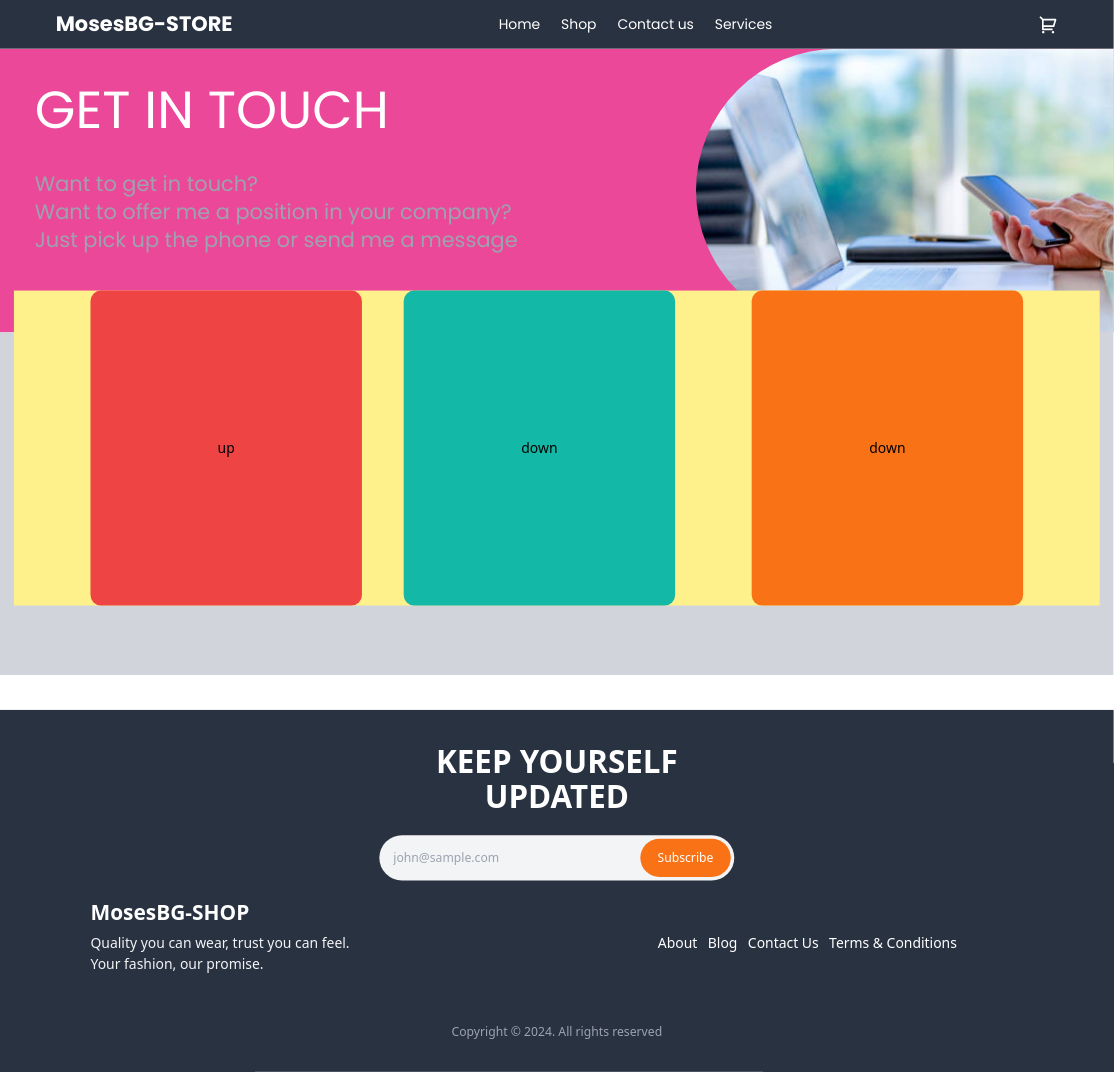
Repository: moshebengan/cart
Page: /fake-store/contact-us
An editor plug-in stored every save of this project. The page is shown before and after the next save, followed by the edit.
The browser window is 1280 px wide. The pictures show the whole page, at 87% of full size.
The project was rebuilt for these pictures with package versions that can differ from the ones it lists, and the page was loaded fresh each time. Also part of the build but not shown: vite.config.js, src/components/Error.jsx, src/utils/data.js, src/utils/apiCalls.js, src/components/Loading.jsx, src/components/Products.jsx, src/pages/HomePage.jsx, src/components/EmptyCart.jsx and 4 more.

Above is the page before, as saved 2024-09-16 09:15:07.

### index.html
<!DOCTYPE html>
<html lang="en">
  <head>
    <meta charset="UTF-8" />
    <link rel="icon" type="image/svg+xml" href="/vite.svg" />
    <meta name="viewport" content="width=device-width, initial-scale=1.0" />
    <link rel="preconnect" href="https://fonts.googleapis.com" />
    <link rel="preconnect" href="https://fonts.gstatic.com" crossorigin />
    <link
      href="https://fonts.googleapis.com/css2?family=Poppins:ital,wght@0,100;0,200;0,300;0,400;0,500;0,600;0,700;0,800;0,900;1,100;1,200;1,300;1,400;1,500;1,600;1,700;1,800;1,900&display=swap"
      rel="stylesheet"
    />
    <title>MosesBG-SHOP</title>
  </head>
  <body>
    <div id="root"></div>
    <script type="module" src="/src/main.jsx"></script>
  </body>
</html>

### src/main.jsx
import { StrictMode } from 'react'
import { createRoot } from 'react-dom/client'

import './index.css'
import { createBrowserRouter, RouterProvider } from 'react-router-dom'
import routes from './routes.jsx'

const router = createBrowserRouter(routes)

createRoot(document.getElementById('root')).render(
  <StrictMode>
    <RouterProvider router={router} />
  </StrictMode>,
)

### src/index.css
@tailwind base;
@tailwind components;
@tailwind utilities;

body,
html {
  height: 100%;
  width: 100%;
}

.container {
  width: 90%;
  margin: auto;
}

### src/routes.jsx
import Error from "./components/Error";
import ContactUs from "./pages/ContactUs";
import HomePage from "./pages/HomePage";
import MyCart from "./pages/MyCart";
import NavigationBar from "./pages/NavigationBar";
import ShopPage from "./pages/ShopPage";


const routes = [
	{
		path: '/fake-store',
		element: <NavigationBar />,
		children: [
			{
				path:"home",
				element:<HomePage/>,
				errorElement: <Error/>
			},
			{ 	path: 'shop',
				 	element: <ShopPage />,
					errorElement: <Error/>

			},
			{
				path: 'cart',
				element: <MyCart />,
				errorElement: <Error/>
			},
			{
				path:'contact-us',
				element: <ContactUs/>,
				errorElement: <Error />
			}
		]

	},

];

export default routes

### src/pages/ContactUs.jsx
import Footer from "../components/Footer";

const ContactUs = () => {
  return (
    <>
      <div className="w-full h-screen flex flex-col overflow-x-hidden">
        <div className="w-full h-[50%] relative">
          <div className="h-full bg-pink-500 flex flex-col">
            <h3 className="text-white text-6xl ml-10 mt-10 font-poppins">
              GET IN TOUCH
            </h3>
            <h4 className="text-gray-400 text-2xl ml-10 mt-10 font-poppins">
              Want to get in touch? <br />
              Want to offer me a position in your company?
              <br />
              Just pick up the phone or send me a message
            </h4>
          </div>
          <img
            src="/public/contactus2.jpg"
            alt=""
            className="w-[50%] h-full absolute -right-40 top-0 rounded-full object-cover"
          />
        </div>
        <div className="relative w-full h-[60%] bg-gray-300 p-4">
        <div className="h-full  bg-yellow-200 flex justify-evenly relative -top-16  ">
          <div className=" ml-10 w-1/4 h-full bg-red-500  flex items-center justify-center rounded-xl ">
            up
          </div>
          <div className="mr-10 w-1/4 h-full bg-teal-500  flex items-center justify-center rounded-xl ">
            down
          </div>
          <div className="mr-10 w-1/4 h-full bg-orange-500  flex items-center justify-center rounded-xl ">
            down
          </div>
          </div>
        </div>
      </div>

      <Footer />
    </>
  );
};

export default ContactUs;

### src/pages/NavigationBar.jsx
import { useState } from "react";
import { Link, Outlet } from "react-router-dom";
import { IoMdMenu, IoMdClose } from "react-icons/io";
import Cart from "../components/Cart";

const NavigationBar = () => {
  const [isOpen, setIsOpen] = useState(false);
  const [cartItems, setCartItems] = useState(0);

  const openNav = () => {
    setIsOpen(!isOpen);
  };

  const resetNav = () => {
    if (isOpen) setIsOpen(!isOpen);
  };

  return (
    <>
      <div className="w-full bg-dark-blue font-poppins">
        <div className="container">
          <nav className="py-3 flex justify-between items-center text-white">
            <h1 className="font-bold text-2xl">MosesBG-STORE</h1>
            <div className="hidden md:flex gap-6">
              <Link to={"/fake-store/home"}>Home</Link>
              <Link to={"/fake-store/shop"}>Shop</Link>
              <Link to={"/fake-store/contact-us"}>Contact us</Link>
              <Link>Services</Link>
            </div>
            <div className="flex flex-row items-center gap-5">
              <Cart resetNav={resetNav} items={cartItems} />
              <div className="z-50 md:hidden">
                <button className="flex items-center">
                  {isOpen ? (
                    <IoMdClose className="p1" onClick={openNav} />
                  ) : (
                    <IoMdMenu className="p1" onClick={openNav} />
                  )}
                </button>
              </div>
            </div>
          </nav>
          <div
            className={`container text-dark-blue ${
              isOpen ? "block" : "hidden"
            } `}
          >
            <div className="z-40 fixed top-0 left-0 bottom-0 w-full bg-dark-blu opacity-35"></div>
            <nav className="z-50 fixed top-0 left-0 bottom-0 flex flex-col gap-10 w-5/6 max-w-sm py-6 px-6 bg-[#F8F8F8] overflow-y-auto">
              <div>
                <h1 className="font-bold text-3xl">MosesBG-SHOP</h1>
                <hr className="h-px mt-3 bg-gray-200 border-0" />
              </div>
              <div className="flex flex-col gap-5">
                <Link
                  to={"/fake-store"}
                  className="nav-item-hover"
                  onClick={resetNav}
                >
                  Home
                </Link>
                <Link
                  to={"/fake-store/shop"}
                  className="nav-item-hover"
                  onClick={resetNav}
                >
                  Shop
                </Link>
                <Link className="nav-item-hover">Contact Us</Link>
                <Link className="nav-item-hover">Services</Link>
                <hr className="h-px mt-3 bg-gray-200 border-0" />
              </div>
            </nav>
          </div>
        </div>
      </div>
      <div className="h-screen w-auto">
        <Outlet context={[cartItems, setCartItems]} />
      </div>
    </>
  );
};

export default NavigationBar;

### src/components/Footer.jsx
import { Link } from "react-router-dom";

const Footer = () => {
  return (
    <footer className="w-full h-auto bg-dark-blue mt-10 pb-5">
      <div className="mx-auto max-w-md text-center p-5">
        <h1 className="font-bold text-4xl text-white mt-5 mb-3">
          KEEP YOURSELF UPDATED
        </h1>
        <form className="mt-6">
          <div className="relative max-w-lg">
            <label className="sr-only" htmlFor="email">
              Email
            </label>
            <input
              type="email"
              name="email"
              id="email"
              placeholder="john@sample.com"
              className="w-full rounded-full border-gray-200 bg-gray-100 p-4 pe-32 text-sm font-medium focus:outline-none"
            />
            <button className="absolute end-1 top-1/2 -translate-y-1/2 rounded-full bg-orange-500 px-5 py-3 text-sm font-medium text-white hover:bg-orange-900">
              Subscribe
            </button>
          </div>
        </form>
      </div>
      <div className="container grid grid-cols-1 text-white my-10 md:grid-cols-2">
        <div className="w-full flex flex-col px-10 md:text-left ">
          <h1 className="font-bold text-2xl mb-2">MosesBG-SHOP</h1>
          <p className="mb-4 text-base text-gray-100">
          Quality you can wear, trust you can feel. <br />
          Your fashion, our promise.
          </p>
        </div>
        <div className="w-full flex justify-center items-center gap-6 flex-wrap md:gap-3">
          <Link>About</Link>
          <Link>Blog</Link>
          <Link>Contact Us</Link>
          <Link>Terms & Conditions</Link>
        </div>
      </div>
      <p className="mt-10 mb-4 text-sm text-gray-400 text-center">
        Copyright © 2024. All rights reserved
      </p>
    </footer>
  );
};

export default Footer;

### src/components/Cart.jsx
import { RiShoppingCart2Line } from "react-icons/ri";
import { Link } from "react-router-dom";

const Cart = ({ resetNav, items }) => {
  return (
    <Link to={"/fake-store/cart"} onClick={resetNav}>
      <div className="relative">
        <RiShoppingCart2Line size={"1.4em"} />
        <span className="absolute text-xs bg-orange-500 p-0.3 px-1 text-red-50 rounded-full -top-1.5 left-4">
          {items > 0 ? items : ""}
        </span>
      </div>
    </Link>
  );
};

export default Cart;

### tailwind.config.js
/** @type {import('tailwindcss').Config} */
export default {
  content: [
    "./index.html",
    "./src/**/*.{js,ts,jsx,tsx}",
  ],
  theme: {
    fontFamily: {
      poppins: ["Poppins", "sans-serif"]
    },
    extend: {
      backgroundImage: {
        "homepage-image": "url('/public/bghomepage.jpg')",
        "homepage-darker": "url('/public/darkerbg.jpg')",
        "contact-us-image": "url('/public/contactus.jpg')"
      },
      colors: {
      "dark-blue": "#293241"
    },
    keyframes: {
      'fade-in-out': {
        '0%': { opacity: '0', transform: 'scale(0.95)' },
        '100%': { opacity: '1', transform: 'scale(1)' },
      },
    },
    animation: {
      'fade-in-out': 'fade-in-out 0.5s ease-in-out', // Customize duration and easing
    },
  }
  },
  plugins: [],
}

After the next save:
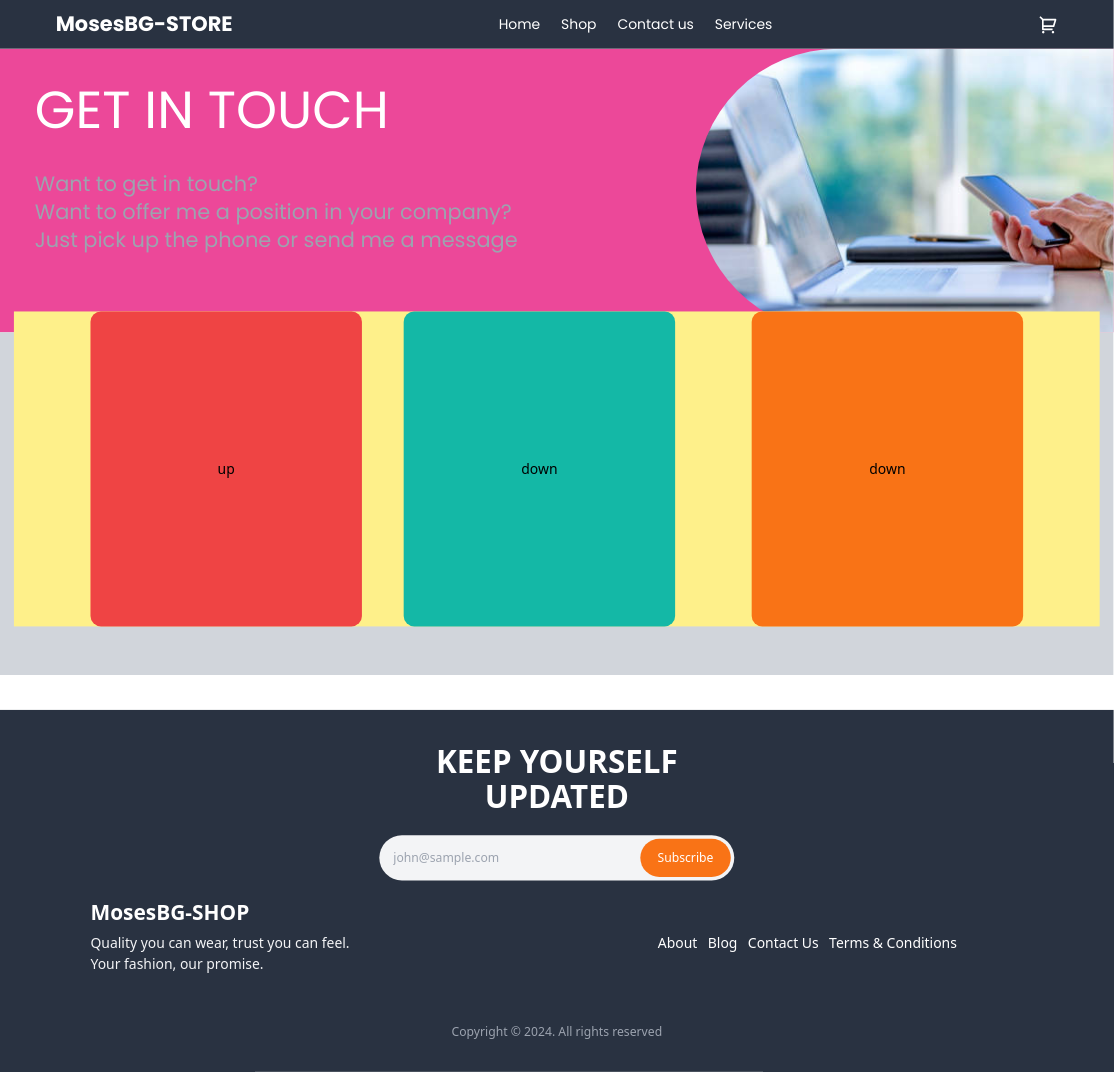
Saved 7 s later.
--- a/src/pages/ContactUs.jsx
+++ b/src/pages/ContactUs.jsx
@@ -23,7 +23,7 @@ const ContactUs = () => {
           />
         </div>
         <div className="relative w-full h-[60%] bg-gray-300 p-4">
-        <div className="h-full  bg-yellow-200 flex justify-evenly relative -top-16  ">
+        <div className="h-full  bg-yellow-200 flex justify-evenly relative -top-10  ">
           <div className=" ml-10 w-1/4 h-full bg-red-500  flex items-center justify-center rounded-xl ">
             up
           </div>
